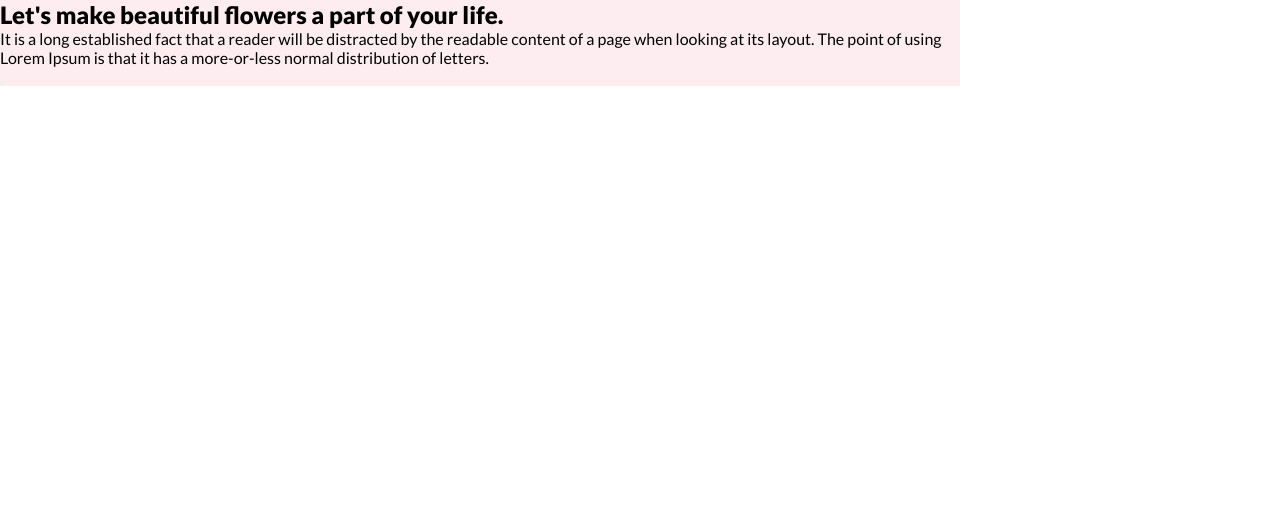
Repository: sumonkumarsarkar/flower-shop
Page: index.html
These files come from the project's save history. The page is drawn as it stood at one moment and after the next save; the edit follows.
The browser window is 1280 px wide. The pictures show the whole page.

Above is the page before, as saved 2024-01-07 09:12:48.

### index.html
<!DOCTYPE html>
<html lang="en">
<head>
    <meta charset="UTF-8">
    <meta name="viewport" content="width=device-width, initial-scale=1.0">
    <title>Flower Shop</title>
    <link rel="stylesheet" href="../flower-shop/css/style.css">
    <link rel="preconnect" href="https://fonts.googleapis.com">
<link rel="preconnect" href="https://fonts.gstatic.com" crossorigin>
<link href="https://fonts.googleapis.com/css2?family=Lato:wght@300;400;900&display=swap" rel="stylesheet">
</head>
<body>
    <header>
     <div class="container">

       <!-- h2, p and button part start   -->
        <div class="header-text">
            <h2>
                Let's make beautiful flowers a part of your life.
            </h2>
            <p>
                It is a long established fact that a reader will be distracted by the readable content of a page when looking at its layout. The point of using Lorem Ipsum is that it has a more-or-less normal distribution of letters.
            </p>
            <button></button>
        </div>

      <!-- h2, p and button part start   -->

         <!-- header image part start  -->
        <div class="header-image"></div>
          <!-- header image part start  -->
     </div>

    </header>
</body>
</html>

### css/style.css
*{
    margin: 0;
    padding: 0;
    font-family: 'Lato', sans-serif;

}

.container{
    width:75%;
    max-width: 1440px;
    background: rgba(229, 84, 115, 0.10);
}

After the next save:
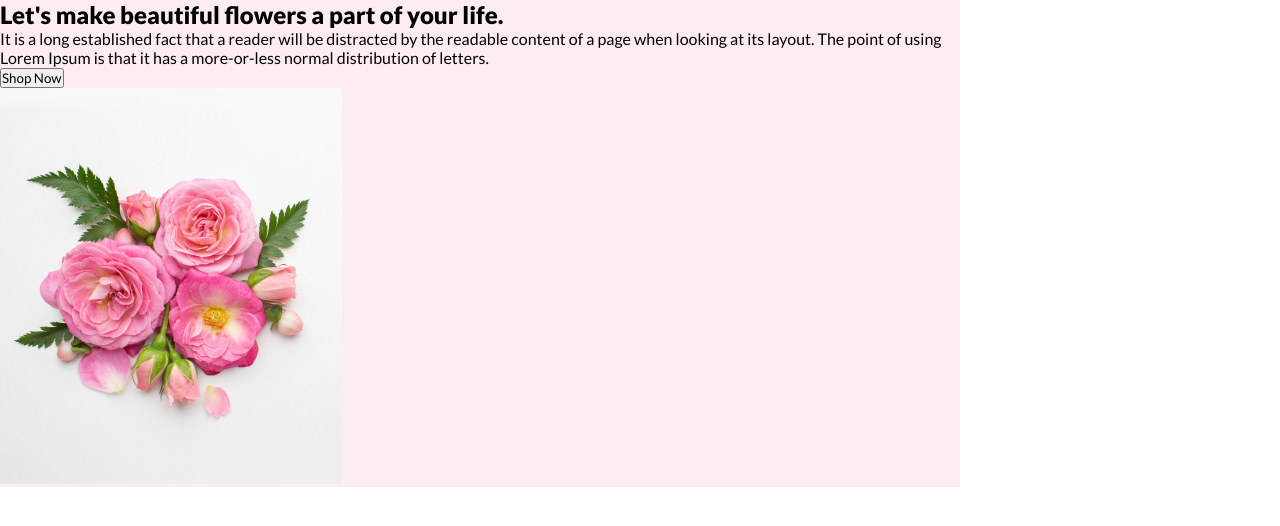
Saved 48 s later.
--- a/index.html
+++ b/index.html
@@ -21,13 +21,15 @@
             <p>
                 It is a long established fact that a reader will be distracted by the readable content of a page when looking at its layout. The point of using Lorem Ipsum is that it has a more-or-less normal distribution of letters.
             </p>
-            <button></button>
+            <button type="button">Shop Now</button>
         </div>
 
       <!-- h2, p and button part start   -->
 
          <!-- header image part start  -->
-        <div class="header-image"></div>
+        <div class="header-image">
+            <img src="./image/Flower 01.png" alt="">
+        </div>
           <!-- header image part start  -->
      </div>
 
